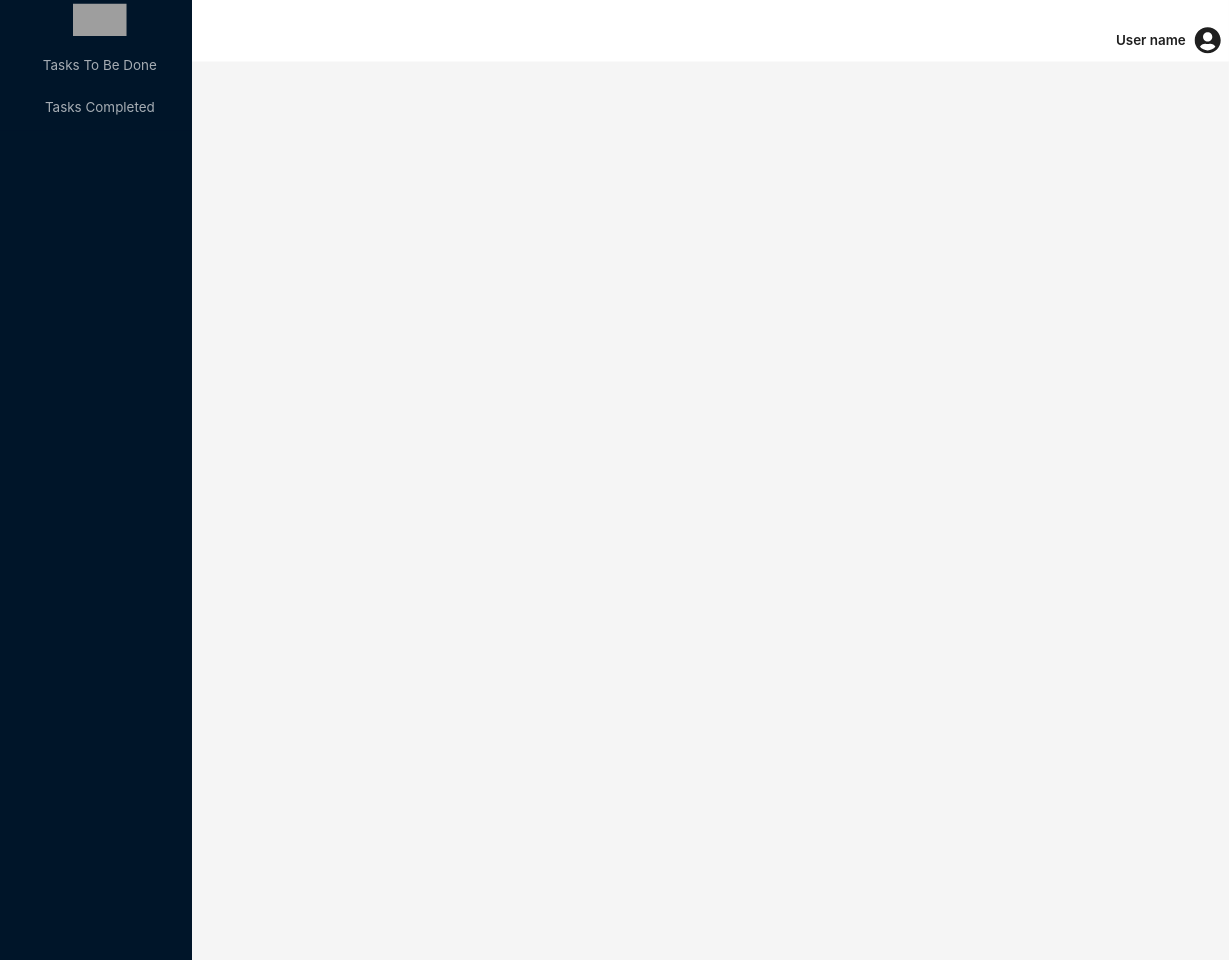
Repository: runner855/todolist_new
Page: /
The author's editor kept a copy of each file at every save. The page is drawn from the files as they stood at one save, then again after the next save.
The browser window is 1280 px wide. The pictures show the whole page, at 96% of full size.
Pictures or frames that could not be fetched are drawn as grey boxes. The project was rebuilt for these pictures with package versions that can differ from the ones it lists, and the page was loaded fresh each time.

Above is the page before, as saved 2023-03-19 17:59:33.

### src/index.tsx
import React from "react";
import ReactDOM from "react-dom/client";
import "./index.css";
import { App } from "./App";
import { BrowserRouter } from "react-router-dom";

const root = ReactDOM.createRoot(
  document.getElementById("root") as HTMLElement
);
root.render(
  <React.StrictMode>
    <BrowserRouter>
    <App />
    </BrowserRouter>
  </React.StrictMode>
);

### src/App.tsx
import React from 'react';
import './App.css';
import { NavBar } from './components/NavBar/NavBar';

export const App = () =>{
  return (
    <div className="App">
      <NavBar/>

    </div>
  );
}

### src/components/NavBar/NavBar.tsx
import React from 'react';

import { Layout, Menu, theme } from 'antd';
import { FaUserCircle } from 'react-icons/fa';
import { PagesArray } from '../../Utilities/Utility'
import "../NavBar/NavBar.css";

const { Header, Content, Footer, Sider } = Layout;

export const NavBar = () => {

  const {
    token: { colorBgContainer },
  } = theme.useToken();

  return (
      <Layout>
      <Sider
        breakpoint="lg"
        collapsedWidth="0"
        style={{height:1000}}
        onBreakpoint={(broken) => {
          console.log(broken);
        }}
        onCollapse={(collapsed, type) => {
          console.log(collapsed, type);
        }}
      >
        <div className="logo" />
        <Menu
          theme="dark"
          mode="inline"
          // defaultSelectedKeys={['2']}
          items={PagesArray && PagesArray.map(
            (item, index) => ({
              key: index,

              label:  item.label ? item.label :
              <img  className="logo"src={item.image} alt="logo"/>
            }),
          )}


        />
      </Sider>
      <Layout>
        <Header style={{ padding: 0, background: colorBgContainer }}>
        <div className='avatar_container'>
          <ul className='user'>
            <li className='user_text'>User name</li>
            <li className='user_icon'><FaUserCircle/></li>

          </ul>
          </div>

        </Header>
      </Layout>
    </Layout>
   );
}

### src/Utilities/Utility.tsx
import { TASKS_TO_BE_DONE, TASKS_COMPLETED } from '../Constants/Dictionary';
import { AppUrls } from '../Types/appTypes';
import { LOGO } from '../Constants/Dictionary';
export const PagesArray = [
  {image:LOGO},
  {label: TASKS_TO_BE_DONE, to: AppUrls.TASKS_TO_BE_DONE},
  {label: TASKS_COMPLETED, to: AppUrls.TASKS_COMPLETED},

]

### src/components/NavBar/NavBar.css
#components-layout-demo-responsive .logo {
  height: 32px;
  margin: 16px;
  background: rgba(255, 255, 255, 0.2);
}

li {
  list-style-type: none;
}

.user {
  display: flex;
  flex-direction: row;
  justify-content: right;
}

.user_icon {
  font-size: 2em;
  margin-right: 0.1em;
  margin: 0em 0.3em 0em 0.3em;
}

.user_text {
  line-height: 4;
  font-weight: 600;
}

img {
  height: 3em;
}

:where(.css-dev-only-do-not-override-ph9edi).ant-menu-dark
  .ant-menu-item-selected {
  border-left: solid 1px red !important;
}

:where(.css-dev-only-do-not-override-ph9edi).ant-menu-dark
  .ant-menu-item-selected {
  border-left: solid 3px red !important;
}

:where(.css-dev-only-do-not-override-ph9edi).ant-menu .ant-menu-item,
:where(.css-dev-only-do-not-override-ph9edi).ant-menu .ant-menu-submenu,
:where(.css-dev-only-do-not-override-ph9edi).ant-menu .ant-menu-submenu-title {
  border-radius: 0px;
}

### src/Constants/Dictionary.ts
export const TASKS_TO_BE_DONE = "Tasks To Be Done";
export const TASKS_COMPLETED = "Tasks Completed"
export const LOGO = "https://pbs.twimg.com/profile_images/964093705748729856/nzx2mHKW_400x400.jpg";

### src/Types/appTypes.tsx

export enum AppUrls {
  TASKS_TO_BE_DONE = `/tasks_to_be_done`,
  TASKS_COMPLETED = "/tasks_copleted",

}

export enum LanguageEnum {
  EN = "en",
}

Loaded but not shown: public/index.html (common file); src/index.css (common file); src/App.css (common file)

After the next save:
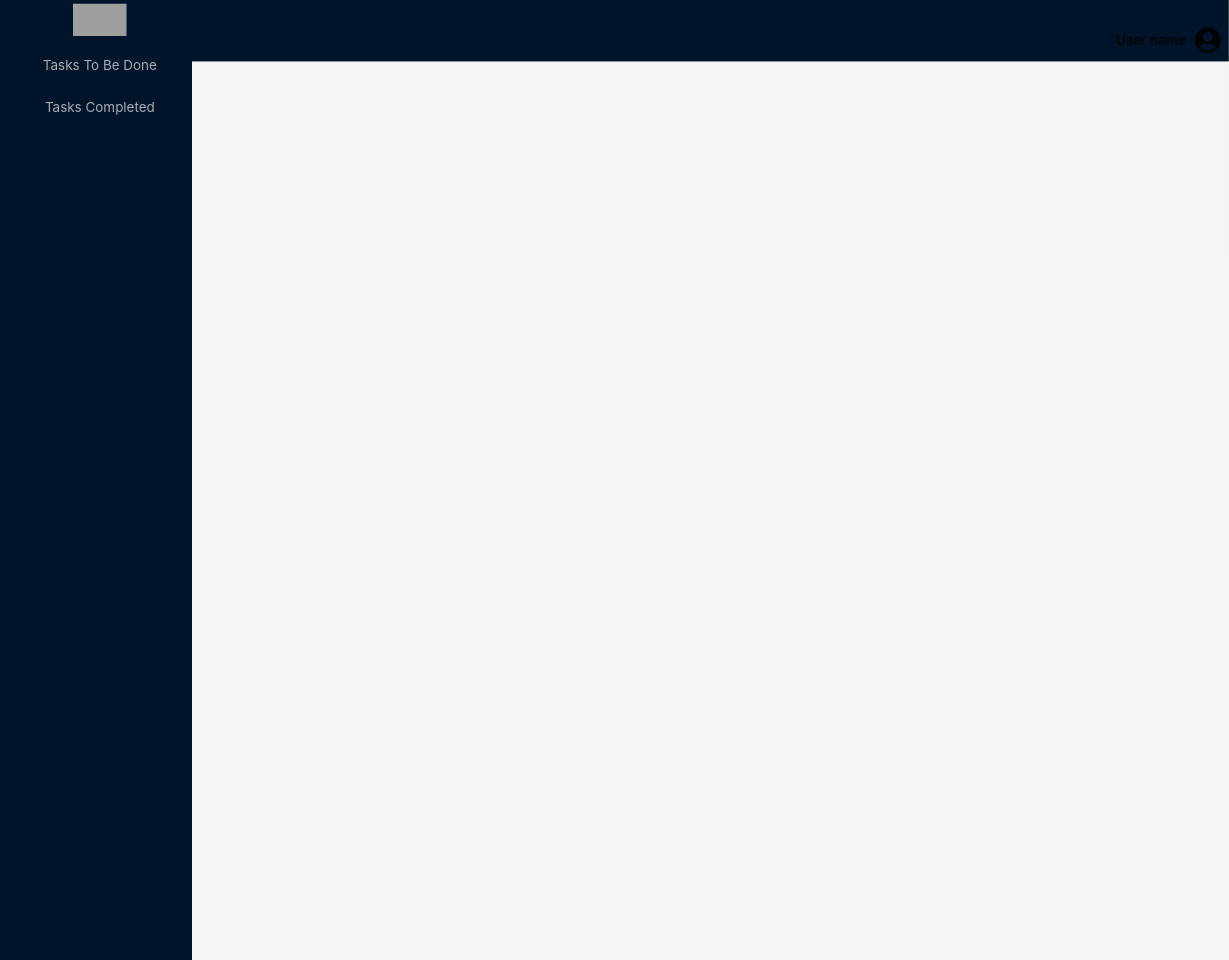
Saved 7 min 6 s later.
--- a/src/components/NavBar/NavBar.tsx
+++ b/src/components/NavBar/NavBar.tsx
@@ -44,7 +44,7 @@
         />
       </Sider>
       <Layout>
-        <Header style={{ padding: 0, background: colorBgContainer }}>
+        <Header style={{ padding: 0 }}>
         <div className='avatar_container'>
           <ul className='user'>
             <li className='user_text'>User name</li>

After the save that followed:
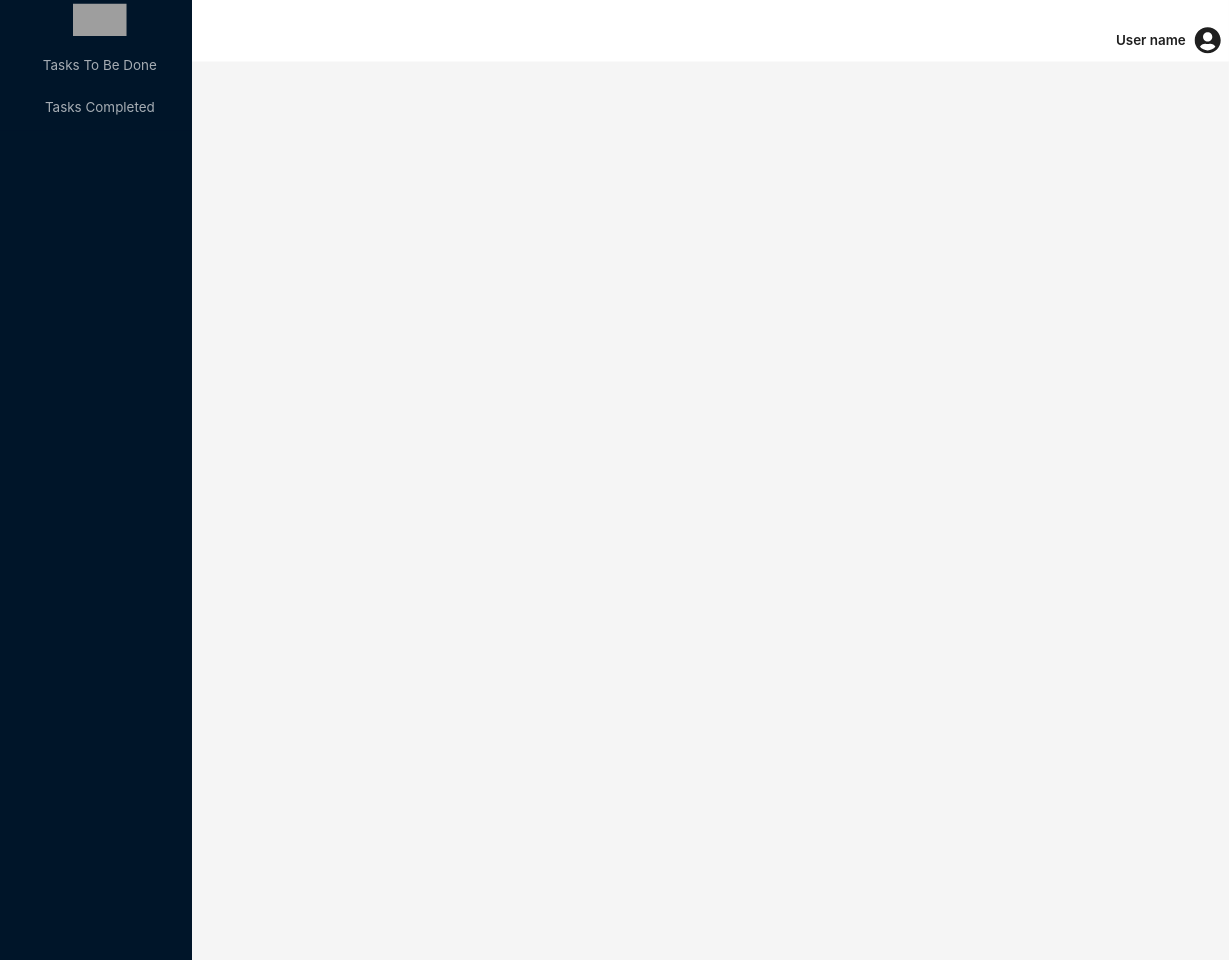
Saved 7 s later.
--- a/src/components/NavBar/NavBar.tsx
+++ b/src/components/NavBar/NavBar.tsx
@@ -44,7 +44,7 @@
         />
       </Sider>
       <Layout>
-        <Header style={{ padding: 0 }}>
+        <Header style={{ padding: 0, background: colorBgContainer }}>
         <div className='avatar_container'>
           <ul className='user'>
             <li className='user_text'>User name</li>
